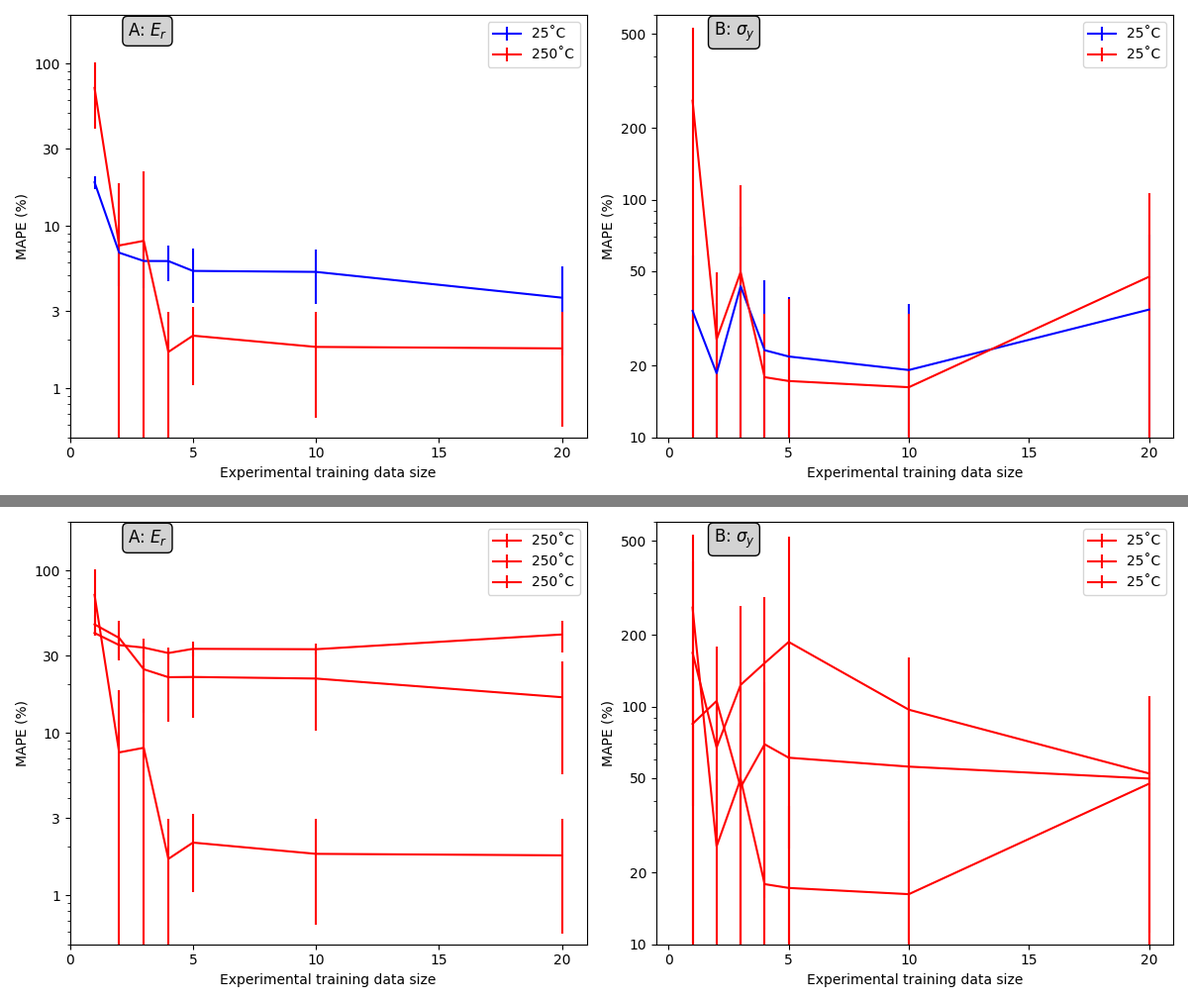
Repository: JoeSpencer1/temperature-dependant
Script's output: python src/figures.py
These files come from the project's save history. The script's output is drawn as it stood at one moment and after the next save; the edit follows.
The pictures are shown at 99% of full size.
Each picture stacks the figures in order, with grey between them; figures that are only written to a file come last. Random numbers start from a fixed seed.

Above is the script's output before, as saved 2023-10-29 15:27:47.

### src/figures.py
import matplotlib.pyplot as plt

n = [1, 2, 3, 4, 5, 10, 20]
n1 = n
# 25˚C
Ti25E = [18.619205, 6.8593493, 6.0983825, 6.091887, 5.298505, 5.2244196, 3.6239312]
εTi25E = [1.6743975, 2.5646875, 1.9379541, 1.4813129, 1.9537387, 1.9212662, 2.01604]
Ti25σ = [34.068943, 18.617916, 43.272, 23.271488, 21.895184, 19.204937, 34.49958]
εTi25σ = [24.325975, 18.127224, 33.714092, 22.803173, 17.10482, 17.321714, 36.6192]
# 250˚C
Ti250E = [70.95709, 7.5985556, 8.114405, 1.6784289, 2.1151547, 1.8030748, 1.7651669]
εTi250E = [31.052818, 10.786752, 13.492649, 1.3040054, 1.0622171, 1.1414853, 1.182222]
Ti250σ = [261.21823, 25.825928, 49.60928, 17.916042, 17.266216, 16.254345, 47.430775]
εTi250σ = [270.2345, 23.495884, 65.91791, 15.266485, 21.114838, 16.953184, 59.20635]
# 500˚C/250˚C
Ti500E = [46.683464, 38.522774, 24.701038, 22.080563, 22.1474, 21.659185, 16.620623]
εTi500E = [6.765701, 10.513843, 11.301726, 10.384357, 9.72246, 11.2682905, 11.029994]
Ti500σ = [84.67531, 105.72215, 45.78838, 69.46997, 60.99529, 55.9422, 49.83204]
εTi500σ = [46.46603, 74.18298, 39.670254, 57.913757, 35.607227, 45.5547, 38.628445]
# 25˚C/250˚C
Ti25250E = [41.319565, 34.81656, 33.59124, 31.09554, 33.010456, 32.823563, 40.46569]
εTi25250E = [1.6541697, 6.365257, 4.6176863, 2.6873071, 3.4111104, 2.5400345, 8.93229]
Ti25250σ = [168.42062, 67.375565, 123.53137, 152.6323, 187.2847, 97.121, 52.3555]
εTi25250σ = [240.32188, 32.01899, 141.78886, 136.91542, 330.77194, 63.82302, 58.671406]

fig, (ax1, ax2) = plt.subplots(1, 2, figsize=(12, 5))
ax1.errorbar(n, Ti25E, yerr = εTi25E, color = 'blue', label = "25˚C")
ax1.errorbar(n, Ti250E, yerr = εTi250E, color = 'red', label = "250˚C")
ax1.set_yscale('log')
ax1.set_ylim([0.5, 200])
ax1.set_xlim([0, 21])
ax1.set_xticks([0, 5, 10, 15, 20])
ax1.set_yticks([1, 3, 10, 30, 100])
ax1.set_yticklabels([1, 3, 10, 30, 100])
ax1.legend()
ax1.set_ylabel("MAPE (%)")
ax1.set_xlabel("Experimental training data size")
ax1.annotate("A: $E_{r}$", xy=(0.15, 0.95), xycoords="axes fraction",
              fontsize=12, ha="center",
              bbox=dict(boxstyle="round,pad=0.3", edgecolor="black", facecolor="lightgray"))

ax2.errorbar(n1, Ti25σ, yerr = εTi25σ, color = 'blue', label = "25˚C")
ax2.errorbar(n1, Ti250σ, yerr = εTi250σ, color = 'red', label = "25˚C")
ax2.set_yscale('log')
ax2.set_ylim([10, 600])
ax2.set_xlim([-0.5, 21])
ax2.set_xticks([0, 5, 10, 15, 20])
ax2.set_yticks([10, 20, 50, 100, 200, 500])
ax2.set_yticklabels([10, 20, 50, 100, 200, 500])
ax2.legend()
ax2.set_ylabel("MAPE (%)")
ax2.set_xlabel("Experimental training data size")
plt.subplots_adjust(bottom=0.180)
fig.tight_layout()
ax2.annotate("B: $\sigma_{y}$", xy=(0.15, 0.95), xycoords="axes fraction",
              fontsize=12, ha="center",
              bbox=dict(boxstyle="round,pad=0.3", edgecolor="black", facecolor="lightgray"))
plt.savefig("/Users/Joe/Desktop/figure1.jpeg", dpi=800, bbox_inches="tight")
plt.show()


fig, (ax1, ax2) = plt.subplots(1, 2, figsize=(12, 5))
ax1.errorbar(n, Ti250E, yerr = εTi250E, color = 'red', label = "250˚C")
ax1.errorbar(n, Ti25250E, yerr = εTi25250E, color = 'red', label = "250˚C")
ax1.errorbar(n, Ti500E, yerr = εTi500E, color = 'red', label = "250˚C")
ax1.set_yscale('log')
ax1.set_ylim([0.5, 200])
ax1.set_xlim([0, 21])
ax1.set_xticks([0, 5, 10, 15, 20])
ax1.set_yticks([1, 3, 10, 30, 100])
ax1.set_yticklabels([1, 3, 10, 30, 100])
ax1.legend()
ax1.set_ylabel("MAPE (%)")
ax1.set_xlabel("Experimental training data size")
ax1.annotate("A: $E_{r}$", xy=(0.15, 0.95), xycoords="axes fraction",
              fontsize=12, ha="center",
              bbox=dict(boxstyle="round,pad=0.3", edgecolor="black", facecolor="lightgray"))

ax2.errorbar(n1, Ti250σ, yerr = εTi250σ, color = 'red', label = "25˚C")
ax2.errorbar(n1, Ti25250σ, yerr = εTi25250σ, color = 'red', label = "25˚C")
ax2.errorbar(n1, Ti500σ, yerr = εTi500σ, color = 'red', label = "25˚C")
ax2.set_yscale('log')
ax2.set_ylim([10, 600])
ax2.set_xlim([-0.5, 21])
ax2.set_xticks([0, 5, 10, 15, 20])
ax2.set_yticks([10, 20, 50, 100, 200, 500])
ax2.set_yticklabels([10, 20, 50, 100, 200, 500])
ax2.legend()
ax2.set_ylabel("MAPE (%)")
ax2.set_xlabel("Experimental training data size")
plt.subplots_adjust(bottom=0.180)
fig.tight_layout()
ax2.annotate("B: $\sigma_{y}$", xy=(0.15, 0.95), xycoords="axes fraction",
              fontsize=12, ha="center",
              bbox=dict(boxstyle="round,pad=0.3", edgecolor="black", facecolor="lightgray"))
plt.savefig("/Users/Joe/Desktop/figure1.jpeg", dpi=800, bbox_inches="tight")
plt.show()

After the next save:
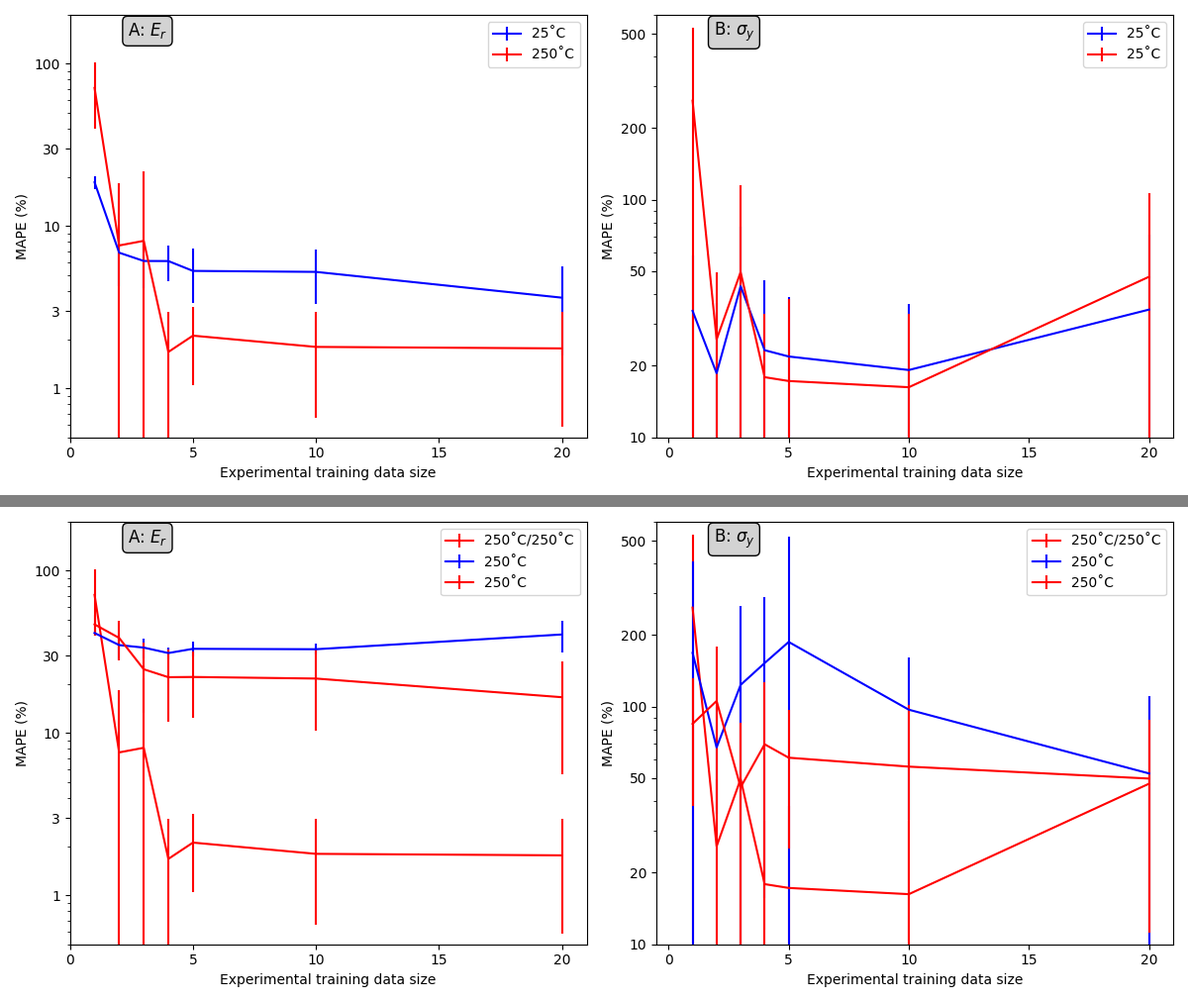
Saved 89 s later.
--- a/src/figures.py
+++ b/src/figures.py
@@ -60,8 +60,8 @@ plt.show()
 
 
 fig, (ax1, ax2) = plt.subplots(1, 2, figsize=(12, 5))
-ax1.errorbar(n, Ti250E, yerr = εTi250E, color = 'red', label = "250˚C")
-ax1.errorbar(n, Ti25250E, yerr = εTi25250E, color = 'red', label = "250˚C")
+ax1.errorbar(n, Ti250E, yerr = εTi250E, color = 'red', label = "250˚C/250˚C")
+ax1.errorbar(n, Ti25250E, yerr = εTi25250E, color = 'blue', label = "250˚C")
 ax1.errorbar(n, Ti500E, yerr = εTi500E, color = 'red', label = "250˚C")
 ax1.set_yscale('log')
 ax1.set_ylim([0.5, 200])
@@ -76,9 +76,9 @@ ax1.annotate("A: $E_{r}$", xy=(0.15, 0.95), xycoords="axes fraction",
               fontsize=12, ha="center",
               bbox=dict(boxstyle="round,pad=0.3", edgecolor="black", facecolor="lightgray"))
 
-ax2.errorbar(n1, Ti250σ, yerr = εTi250σ, color = 'red', label = "25˚C")
-ax2.errorbar(n1, Ti25250σ, yerr = εTi25250σ, color = 'red', label = "25˚C")
-ax2.errorbar(n1, Ti500σ, yerr = εTi500σ, color = 'red', label = "25˚C")
+ax2.errorbar(n1, Ti250σ, yerr = εTi250σ, color = 'red', label = "250˚C/250˚C")
+ax2.errorbar(n1, Ti25250σ, yerr = εTi25250σ, color = 'blue', label = "250˚C")
+ax2.errorbar(n1, Ti500σ, yerr = εTi500σ, color = 'red', label = "250˚C")
 ax2.set_yscale('log')
 ax2.set_ylim([10, 600])
 ax2.set_xlim([-0.5, 21])
